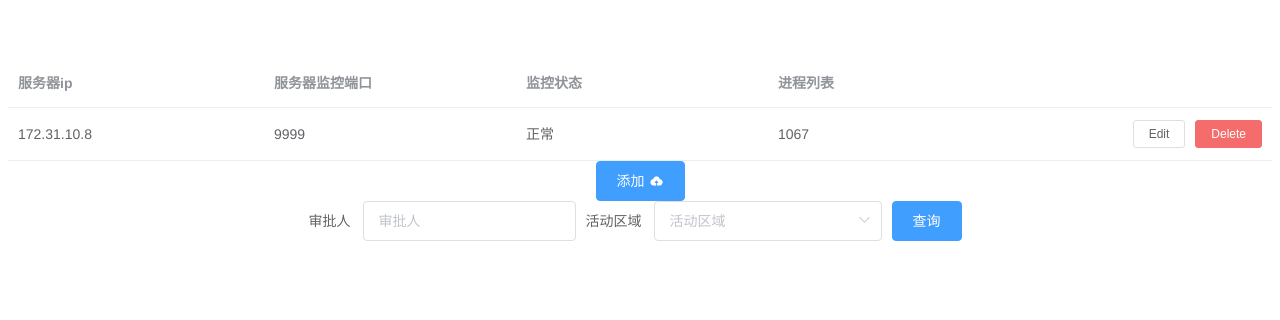
Repository: jiuceng1/monitor
Page: /#/show (app in nmonvue/)
These files come from the project's save history. The page is drawn as it stood at one moment and after the next save; the edit follows.
The browser window is 1280 px wide. The pictures show the whole page.
The project was rebuilt for these pictures with package versions that can differ from the ones it lists, and the page was loaded fresh each time. Also part of the build but not shown: nmonvue/src/components/HelloWorld.vue.

Above is the page before, as saved 2022-01-13 11:07:54.

### nmonvue/index.html
<!DOCTYPE html>
<html>
  <head>
    <meta charset="utf-8">
    <meta name="viewport" content="width=device-width,initial-scale=1.0">
    <title>nmonvue</title>
  </head>
  <body>
    <div id="app"></div>
    <!-- built files will be auto injected -->
  </body>
</html>

### nmonvue/src/router/index.js
import Vue from 'vue'
import Router from 'vue-router'
import HelloWorld from '@/components/HelloWorld'

Vue.use(Router)

export default new Router({
  routes: [
    {
      path: '/',
      name: 'HelloWorld',
      component: HelloWorld
    },{
      path: '/show',
      name: 'show',
      component:()=>import('@/view/show')
    }
  ]
})

### nmonvue/src/view/show.vue
<template>
    <div>
    <el-table
    :data="tableData.filter(data => !search || data.name.toLowerCase().includes(search.toLowerCase()))"
    style="width: 100%">
    <el-table-column
      label="服务器ip"
      prop="ip">
    </el-table-column>
    <el-table-column
      label="服务器监控端口"
      prop="port">
    </el-table-column>
    <el-table-column
      label="监控状态"
      prop="state">
    </el-table-column>
    <el-table-column
      label="进程列表"
      prop="processList">
    </el-table-column>
    <el-table-column
      align="right">
      <template slot-scope="scope">
        <el-button
          size="mini"
          @click="handleEdit(scope.$index, scope.row)">Edit</el-button>
        <el-button
          size="mini"
          type="danger"
          @click="handleDelete(scope.$index, scope.row)">Delete</el-button>
      </template>
    </el-table-column>
  </el-table>
  <el-button type="primary" @click="showEnable=true">添加<i class="el-icon-upload el-icon--right"></i></el-button>
  <el-dialog title="添加服务器" :visible.sync="showEnable">
  <el-form :model="form">
    <el-form-item label="服务器ip" :label-width="formLabelWidth">
      <el-input v-model="form.ip" autocomplete="off"></el-input>
    </el-form-item>
    <el-form-item label="服务器账号" :label-width="formLabelWidth">
      <el-input v-model="form.account" autocomplete="off"></el-input>
    </el-form-item>
    <el-form-item label="服务器密码" :label-width="formLabelWidth">
      <el-input v-model="form.password" autocomplete="off"></el-input>
    </el-form-item>
    <el-form-item label="监控端口" :label-width="formLabelWidth">
      <el-input v-model="form.port" autocomplete="off"></el-input>
    </el-form-item>
    <el-form-item label="监控进程列表" :label-width="formLabelWidth">
      <el-input v-model="form.processList" autocomplete="off"></el-input>
    </el-form-item>
  </el-form>
  <div slot="footer" class="dialog-footer">
    <el-button @click="showEnable = false">取 消</el-button>
    <el-button type="primary" @click="update()">确 定</el-button>
  </div>
</el-dialog>
<el-form :inline="true" :model="formInline" class="demo-form-inline">
  <el-form-item label="审批人">
    <el-input v-model="formInline.user" placeholder="审批人"></el-input>
  </el-form-item>
  <el-form-item label="活动区域">
    <el-select v-model="formInline.region" placeholder="活动区域">
      <el-option label="区域一" value="shanghai"></el-option>
      <el-option label="区域二" value="beijing"></el-option>
    </el-select>
  </el-form-item>
  <el-form-item>
    <el-button type="primary">查询</el-button>
  </el-form-item>
</el-form>
</div>
</template>

<script>
import axios from 'axios'
  export default {
    data() {
      return {
          formInline: {
          user: '',
          region: ''
        },
        showEnable: false,
        tableData: [{
          ip: '172.31.10.8',
          port: '9999',
          state: '正常',
          processList: '1067'
        }],
        search: '',
        form: {
          ip: '',
          account: '',
          password: '',
          port: '',
          processList: '',
        },
        formLabelWidth: '120px'
      }
    },
    methods: {
      handleEdit(index, row) {
        this.tableData.splice(index,1)
      },
      handleDelete(index, row) {
        this.tableData.splice(index,1)
      },
      update(){
        axios({
            url : 'http://127.0.0.1:8000/api/testapi/',
            method : 'post',
            data : this.form,
        }).then((response)=>{
            console.log(response.data)
            if(response.data=='True'){
                this.tableData.push({
                ip: this.form.ip,
                port: this.form.port,
                state: '正常',
                processList: this.form.processList
                })
            }
        })
        this.showEnable=false
      }
    },
  }
</script>

Loaded but not shown: nmonvue/src/main.js (common file); nmonvue/src/App.vue (common file)

After the next save:
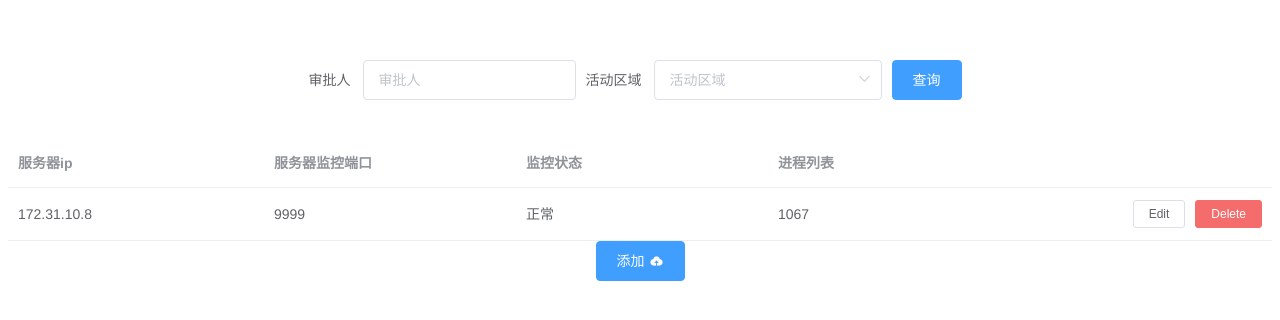
Saved 43 s later.
--- a/nmonvue/src/view/show.vue
+++ b/nmonvue/src/view/show.vue
@@ -1,5 +1,20 @@
 <template>
     <div>
+        <el-form :inline="true" :model="formInline" class="demo-form-inline">
+        <el-form-item label="审批人">
+            <el-input v-model="formInline.user" placeholder="审批人"></el-input>
+        </el-form-item>
+        <el-form-item label="活动区域">
+            <el-select v-model="formInline.region" placeholder="活动区域">
+            <el-option label="区域一" value="shanghai"></el-option>
+            <el-option label="区域二" value="beijing"></el-option>
+            </el-select>
+        </el-form-item>
+        <el-form-item>
+            <el-button type="primary">查询</el-button>
+        </el-form-item>
+        </el-form>
+        <br/>
     <el-table
     :data="tableData.filter(data => !search || data.name.toLowerCase().includes(search.toLowerCase()))"
     style="width: 100%">
@@ -56,20 +71,6 @@
     <el-button type="primary" @click="update()">确 定</el-button>
   </div>
 </el-dialog>
-<el-form :inline="true" :model="formInline" class="demo-form-inline">
-  <el-form-item label="审批人">
-    <el-input v-model="formInline.user" placeholder="审批人"></el-input>
-  </el-form-item>
-  <el-form-item label="活动区域">
-    <el-select v-model="formInline.region" placeholder="活动区域">
-      <el-option label="区域一" value="shanghai"></el-option>
-      <el-option label="区域二" value="beijing"></el-option>
-    </el-select>
-  </el-form-item>
-  <el-form-item>
-    <el-button type="primary">查询</el-button>
-  </el-form-item>
-</el-form>
 </div>
 </template>
 
